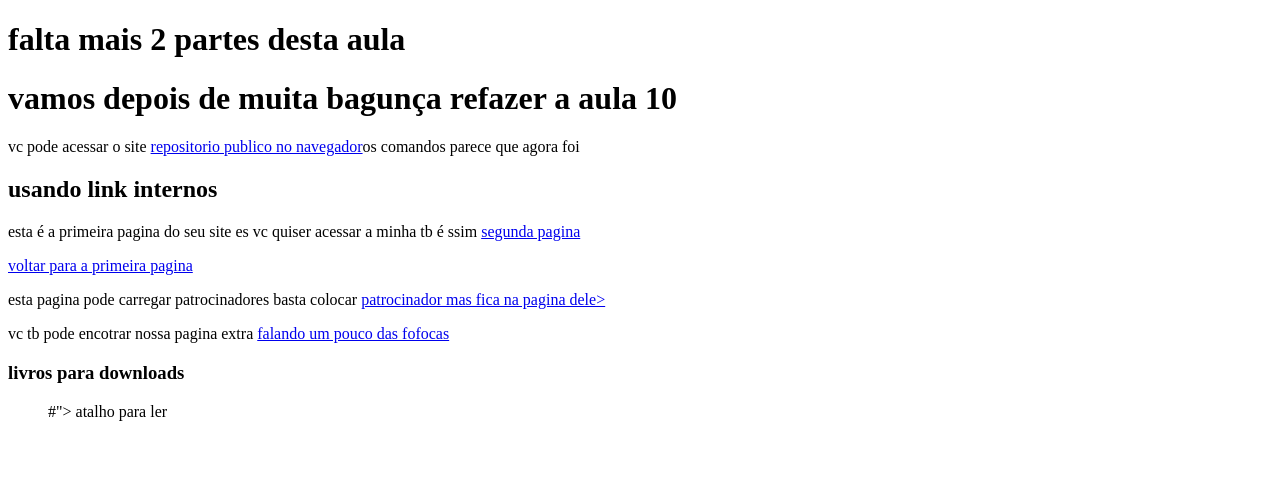
Repository: DorivalJunior14/exercicios
Page: aula10.html/pagoo2.html
The author's editor kept a copy of each file at every save. The page is drawn from the files as they stood at one save, then again after the next save.
The browser window is 1280 px wide. The pictures show the whole page.

Above is the page before, as saved 2020-12-08 11:34:34.

### aula10.html/pagoo2.html
<!DOCTYPE html>
<html lang="pt-br">
  <head>
    <meta charset="utf-8">
    <title>pag002.html</title>
  </head>
  <body>
    <h1>falta mais 2 partes desta aula</h1><!--que vai ser continuada aqui-->
  <h1>vamos depois de muita bagunça refazer a aula 10</h1>
    <p>vc pode acessar o site <a href="https://www.facebook.com/junior.muccillo" target="_blank"rel="external">repositorio publico no navegador</a>os comandos parece que agora foi</p>
    <h2>usando link internos</h2>
  <p> esta é a primeira pagina do seu site es vc quiser acessar a minha tb é ssim <a href="pagoo2.html"rel="next">segunda pagina</a> </p>
  <p><a href="index.html" rel="prev">voltar para a primeira pagina</a></p>
  <p>esta pagina pode carregar patrocinadores basta colocar
    <a href="#"target="_blank"rel="nofollow">patrocinador mas fica na pagina dele></a>
  </p><!-- o patrocinador não fica vinculado ou direto na pagina dele, vc pode desconsiderar-->
  <p>vc tb pode encotrar nossa pagina extra <a href="noticias/pag003.html">falando um pouco das fofocas </a></p>
  <h3>livros para downloads</h3>
  <ul> #"> atalho para ler</a></li>

</ul>
  </body>
</html>

After the next save:
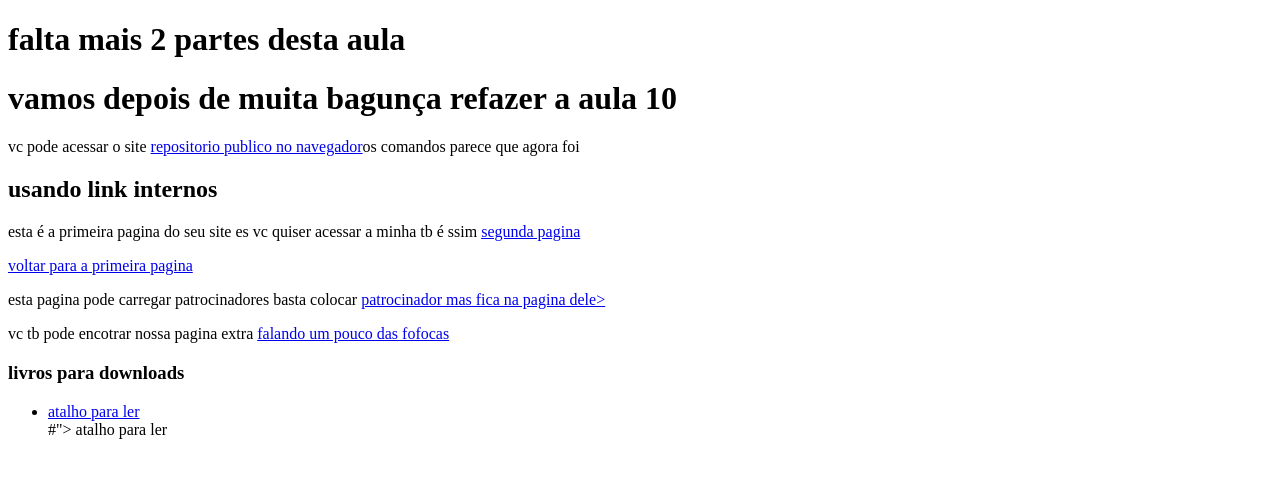
Saved 6 s later.
--- a/aula10.html/pagoo2.html
+++ b/aula10.html/pagoo2.html
@@ -16,7 +16,7 @@
   </p><!-- o patrocinador não fica vinculado ou direto na pagina dele, vc pode desconsiderar-->
   <p>vc tb pode encotrar nossa pagina extra <a href="noticias/pag003.html">falando um pouco das fofocas </a></p>
   <h3>livros para downloads</h3>
-  <ul> #"> atalho para ler</a></li>
+  <ul> <li><a href="meulivro/empdf>">atalho para ler</a></li>#"> atalho para ler</a></li>
 
 </ul>
   </body>
